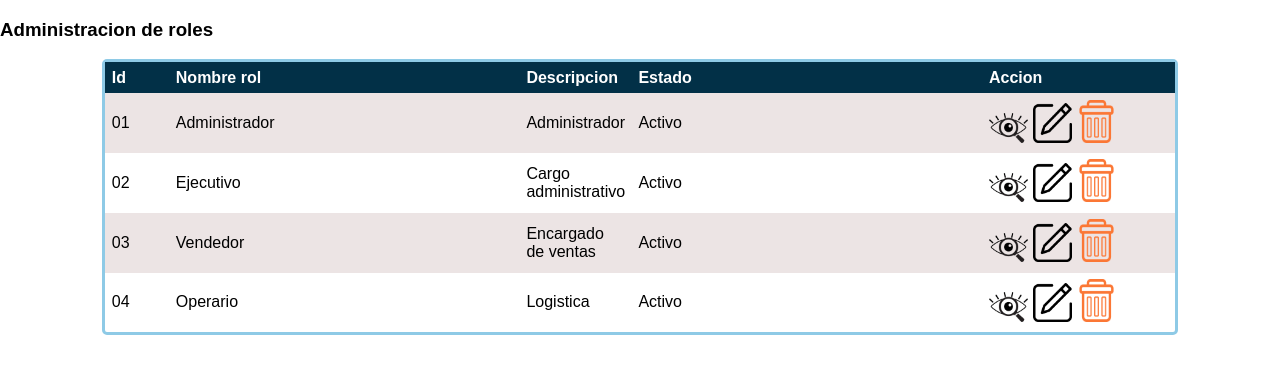
Repository: AlexanderBarona/Proyecto_Ciclo3_Mintic
Page: PaginaWeb/pages/listar_roles.html
The author's editor kept a copy of each file at every save. The page is drawn from the files as they stood at one save, then again after the next save.
The browser window is 1280 px wide. The pictures show the whole page.

Above is the page before, as saved 2021-09-30 14:36:38.

### PaginaWeb/pages/listar_roles.html
<!DOCTYPE html>
<html>

   <head>
      <title>Administracion de roles</title>
      <link href="../css/style.css" rel="stylesheet" type="text/css">
      <link href="../css/admin_user.css" rel="stylesheet" type="text/css">
   </head>
   <body class="admin_user">

        <header>
           <h3>Administracion de roles</h3>
        </header>
        <main>

          <div class="table_principal">
              <table class="table_entity">

                <tbody class="table_body">

                    <tr class="table_header">
                      <td class="table_cell">Id</td>
                      <td class="table_cell">Nombre rol</td>
                      <td class="table_cell">Descripcion</td>
                      <td class="table_cell">Estado</td>
                      <td class="table_cell">Accion</td>
                    </tr>

                    <tr >
                      <td class="table_cell">01</td>
                      <td class="table_cell">Administrador</td>
                      <td class="table_cell">Administrador</td>
                      <td class="table_cell">Activo</td>
                      <td class="table_cell">
                        <div class="icon_container">
                          <nav>
                            <a href="icon_table">
                              <img class="icon_cell" src="../images/IconRead.ico">
                            </a>
                            <a href="icon_table">
                              <img class="icon_cell" src="../images/IconUpdate.ico">
                            </a>
                            <a href="icon_table">
                              <img class="icon_cell" src="../images/IconDelete.ico">
                            </a>
                          </nav>
                      </div>
                      </td>
                    </tr>
                    <tr >
                        <td class="table_cell">02</td>
                        <td class="table_cell">Ejecutivo</td>
                        <td class="table_cell">Cargo administrativo</td>
                        <td class="table_cell">Activo</td>
                        <td class="table_cell">
                          <div class="icon_container">
                            <nav>
                              <a href="icon_table">
                                <img class="icon_cell" src="../images/IconRead.ico">
                              </a>
                              <a href="icon_table">
                                <img class="icon_cell" src="../images/IconUpdate.ico">
                              </a>
                              <a href="icon_table">
                                <img class="icon_cell" src="../images/IconDelete.ico">
                              </a>
                            </nav>
                        </div>
                        </td>
                    </tr>
                    <tr >
                        <td class="table_cell">03</td>
                        <td class="table_cell">Vendedor</td>
                        <td class="table_cell">Encargado de ventas</td>
                        <td class="table_cell">Activo</td>
                        <td class="table_cell">
                          <div class="icon_container">
                            <nav>
                              <a href="icon_table">
                                <img class="icon_cell" src="../images/IconRead.ico">
                              </a>
                              <a href="icon_table">
                                <img class="icon_cell" src="../images/IconUpdate.ico">
                              </a>
                              <a href="icon_table">
                                <img class="icon_cell" src="../images/IconDelete.ico">
                              </a>
                            </nav>
                        </div>
                        </td>
                      </tr>
                      <tr >
                        <td class="table_cell">04</td>
                        <td class="table_cell">Operario</td>
                        <td class="table_cell">Logistica</td>
                        <td class="table_cell">Activo</td>
                        <td class="table_cell">
                          <div class="icon_container">
                            <nav>
                              <a href="icon_table">
                                <img class="icon_cell" src="../images/IconRead.ico">
                              </a>
                              <a href="icon_table">
                                <img class="icon_cell" src="../images/IconUpdate.ico">
                              </a>
                              <a href="icon_table">
                                <img class="icon_cell" src="../images/IconDelete.ico">
                              </a>
                            </nav>
                        </div>
                        </td>
                      </tr>


                </tbody>
              </table>
          </div>
        </main>
        <footer>
        </footer>
     </body>
</html>

### PaginaWeb/css/style.css
* {
  box-sizing: border-box;
}

body {
  margin: 0;
  font-family: Arial, Helvetica, sans-serif;
}

### PaginaWeb/css/admin_user.css
/* css barra busqueda*/
@media screen and (max-width: 600px) {
  .Search a,
  .Search input[type="text"] {

    display: block;
    text-align: left;
    width: 100%;
    margin: 0 auto;
    padding: 14px;
    align-items: center;
  }
}

.admin_user .Search {
   overflow: hidden;
   background-color: #e9e9e9;
   display: block;
   width: 100%;
   text-align: center;
  }

.Search a {

    display: block;
    color: black;
    text-align: center;
    padding: 14px 16px;
    text-decoration: none;
    font-size: 17px;
  }

  .Search a:hover {
    background-color: #ddd;
    color: black;
  }

  .Search a.active {
    background-color: #9dcaf0;
    color: white;
  }

  .Search input[type="text"] {
    float: center;
    border-radius: 10px;
    border: 1px solid rgb(174, 204, 218);
    padding: 6px;
    margin-top: 1%;
    margin-right: 2%;
    margin-left: 2%;
    margin-bottom: 1%;
    font-size: 17px;
    width: 80%;
  }
  .Search input[type="text"] {
    border: 1px solid #ccc;
  }

 /* css tabla*/

  .table_entity {
    table-layout: fixed;
    width: 84%;
    margin: 0 auto;
    border-collapse: separate;
    border-spacing: 0px;
    border-radius: 5px;
    border: 3px solid #8ECAE6;

  }

  .table_entity td:first-child {
    width: 4em;
  }
  .table_entity td:nth-child(3) {
    width: 7em;
  }
  .table_entity td:nth-child(5) {
    width: 12em;
  }
  .table_entity td:nth-child(8) {
    width: 5em;

  }
  .table_entity td:nth-child(9) {
    width: 5em;
  }




  .table_header {
    background-color: #023047;
    color: #fff;
    font-weight:bold;
  }

  .table_entity tr:nth-child(even) {
  background-color: #ece4e4;
}

.table_entity .center {
  text-align: center;
}
/* css tabla perfiles*/
.table_entity2 {
  table-layout: fixed;
  width: 84%;
  margin: 0 auto;
  border-collapse: separate;
  border-spacing: 0px;
  border-radius: 5px;
  border: 3px solid #8ECAE6;

}

.table_entity2 td:first-child {
  width: 4em;
}

.table_entity2 td:nth-child(2) {
  width: 16em;
}


.table_entity2 td:nth-child(6) {
  width: 4.8em;

}


.table_entity2 tr:nth-child(even) {
background-color: #ece4e4;
}

.table_entity2 .center {
  text-align: center;
}

  th, td {

      word-wrap: break-word;
      padding: 0.4em;
      margin: 0em;
  }
  /* iconos */
  .icon_cell {

    height: 28%;
    width: 22%;
    margin: 0 auto 0 0;


}

.icon_container a , .icon_container a:visited {


  text-decoration: none;

}
/* css checkbox */

.checkbox_container input[type="checkbox"]  {
  content: "";
  width: 2em;
  height: 2em;
  border: 4px solid #bf810f;
  float: left;
  margin: 0 auto 0 0;
  border-right: 0;
  border-top: 0;


}
.checkbox_container input[type="checkbox"]:checked   {
  content: "";
  width: 2.2em;
  height: 2.2em;
  border: 4px solid #bf810f;
  color: #bf810f;
  background-color:#bf810f ;
  float: left;
  margin: 0 auto 0 0;
  border-right: 0;
  border-top: 0;

}

After the next save:
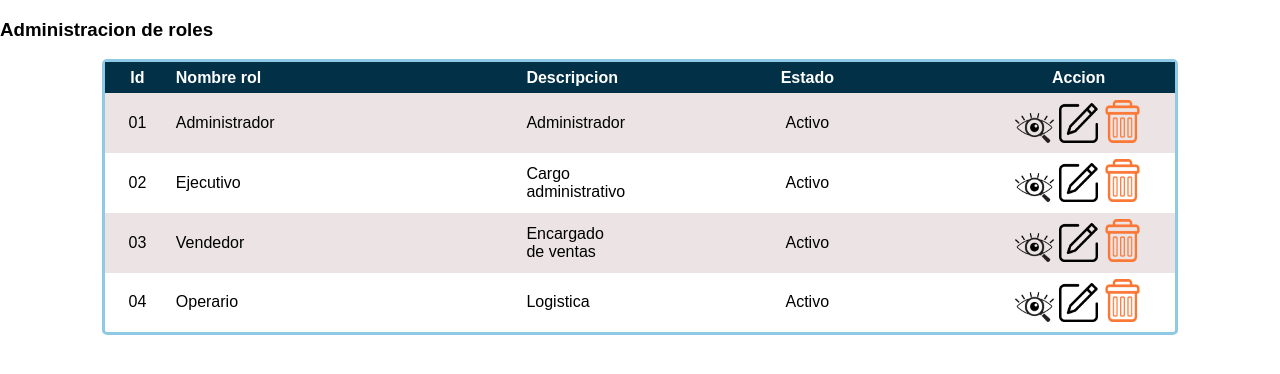
Saved 4 min 35 s later.
--- a/PaginaWeb/pages/listar_roles.html
+++ b/PaginaWeb/pages/listar_roles.html
@@ -19,19 +19,19 @@
                 <tbody class="table_body">
 
                     <tr class="table_header">
-                      <td class="table_cell">Id</td>
+                      <td class="table_cell center">Id</td>
                       <td class="table_cell">Nombre rol</td>
                       <td class="table_cell">Descripcion</td>
-                      <td class="table_cell">Estado</td>
-                      <td class="table_cell">Accion</td>
+                      <td class="table_cell center">Estado</td>
+                      <td class="table_cell center">Accion</td>
                     </tr>
 
                     <tr >
-                      <td class="table_cell">01</td>
+                      <td class="table_cell center">01</td>
                       <td class="table_cell">Administrador</td>
                       <td class="table_cell">Administrador</td>
-                      <td class="table_cell">Activo</td>
-                      <td class="table_cell">
+                      <td class="table_cell center">Activo</td>
+                      <td class="table_cell center">
                         <div class="icon_container">
                           <nav>
                             <a href="icon_table">
@@ -48,11 +48,11 @@
                       </td>
                     </tr>
                     <tr >
-                        <td class="table_cell">02</td>
+                        <td class="table_cell center">02</td>
                         <td class="table_cell">Ejecutivo</td>
                         <td class="table_cell">Cargo administrativo</td>
-                        <td class="table_cell">Activo</td>
-                        <td class="table_cell">
+                        <td class="table_cell center">Activo</td>
+                        <td class="table_cell center">
                           <div class="icon_container">
                             <nav>
                               <a href="icon_table">
@@ -69,11 +69,11 @@
                         </td>
                     </tr>
                     <tr >
-                        <td class="table_cell">03</td>
+                        <td class="table_cell center">03</td>
                         <td class="table_cell">Vendedor</td>
                         <td class="table_cell">Encargado de ventas</td>
-                        <td class="table_cell">Activo</td>
-                        <td class="table_cell">
+                        <td class="table_cell center">Activo</td>
+                        <td class="table_cell center">
                           <div class="icon_container">
                             <nav>
                               <a href="icon_table">
@@ -90,11 +90,11 @@
                         </td>
                       </tr>
                       <tr >
-                        <td class="table_cell">04</td>
+                        <td class="table_cell center">04</td>
                         <td class="table_cell">Operario</td>
                         <td class="table_cell">Logistica</td>
-                        <td class="table_cell">Activo</td>
-                        <td class="table_cell">
+                        <td class="table_cell center">Activo</td>
+                        <td class="table_cell center">
                           <div class="icon_container">
                             <nav>
                               <a href="icon_table">
